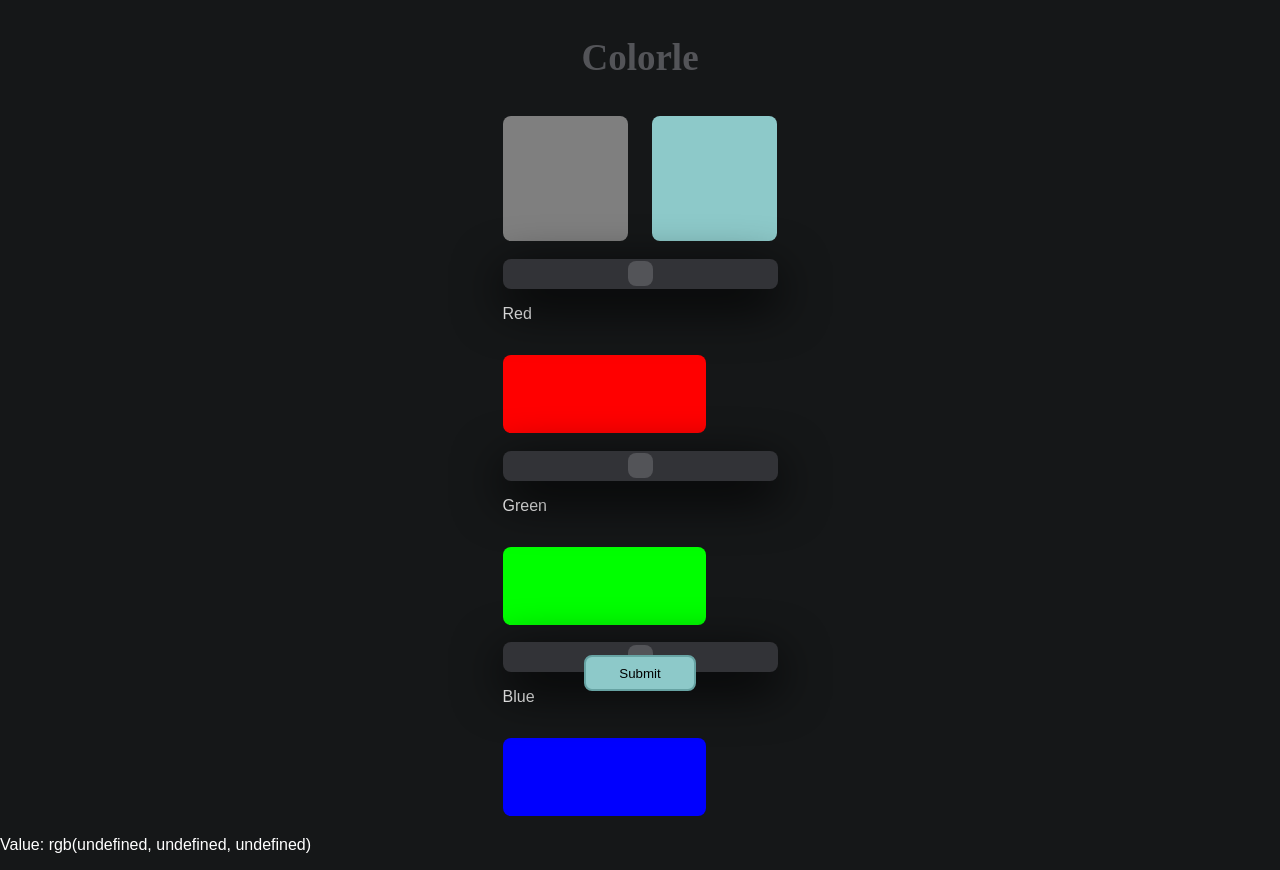
Repository: Artem-Melnik/Colorle
Page: index.html
An editor plug-in stored every save of this project. The page is shown before and after the next save, followed by the edit.
The browser window is 1280 px wide. The pictures show the whole page.
After loading, the first visible `#submitButton` was clicked once.

Above is the page before, as saved 2022-05-12 20:09:43.

After the next save:
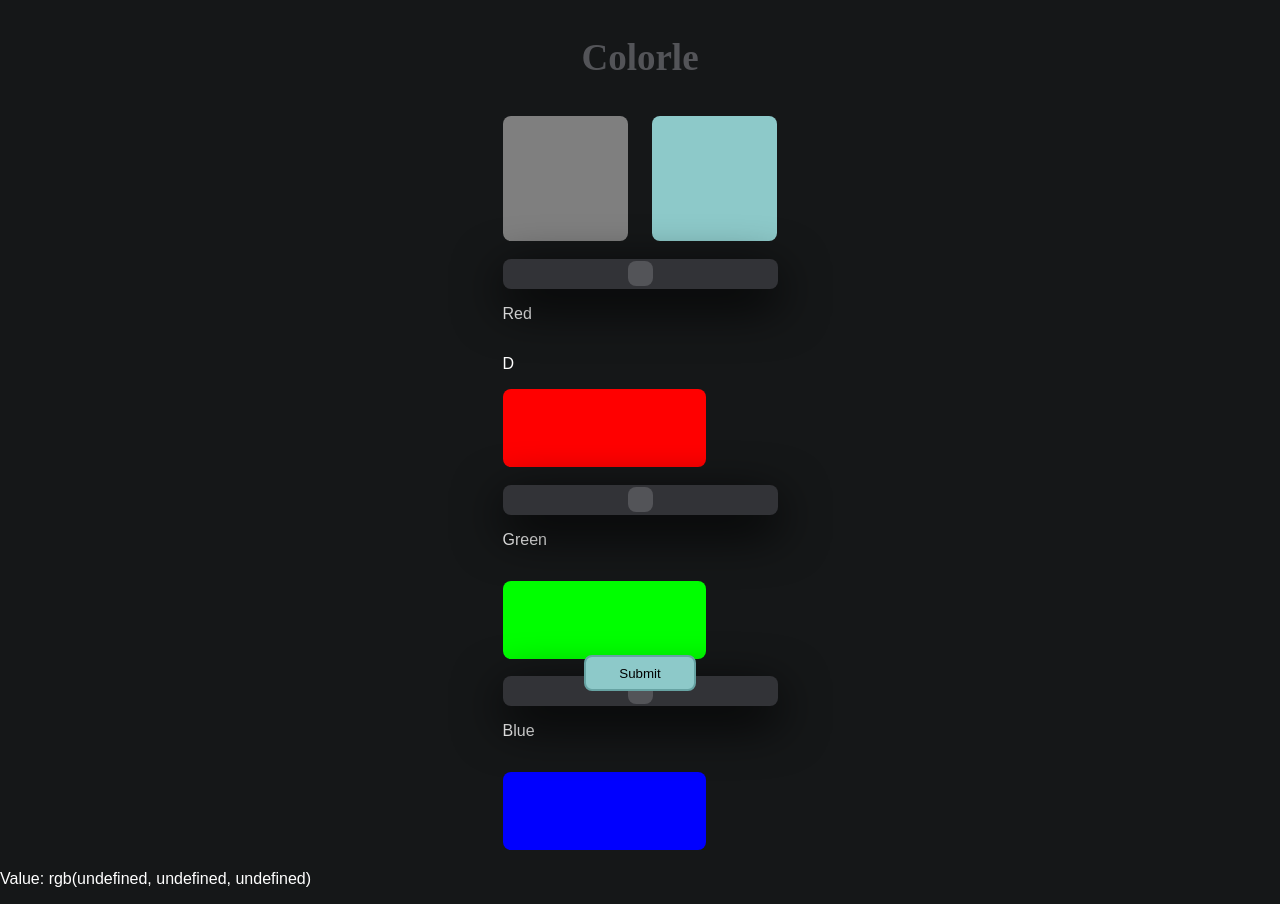
Saved 54 s later.
--- a/index.js
+++ b/index.js
@@ -46,15 +46,15 @@ function onSubmit() {
 if (red === correctRed) {
   document.getElementById('ratingRed').innerText = "SS";
 } else if (red > correctRed - 6 && red < correctRed + 6) {
-  alert("Red: S");
+  document.getElementById('ratingRed').innerText = "S";
 } else if (red > correctRed - 12 && red < correctRed + 12) {
-  alert("Red: A");
+  document.getElementById('ratingRed').innerText = "A";
 } else if (red > correctRed - 24 && red < correctRed + 24) {
-  alert("Red: B");
+  document.getElementById('ratingRed').innerText = "B";
 } else if (red > correctRed - 48 && red < correctRed + 48) {
-  alert("Red: C");
+  document.getElementById('ratingRed').innerText = "C";
 } else {
-  alert("Red: D");
+  document.getElementById('ratingRed').innerText = "D";
 }
   // Does same thing as red check but for green
 if (green === correctGreen) {
